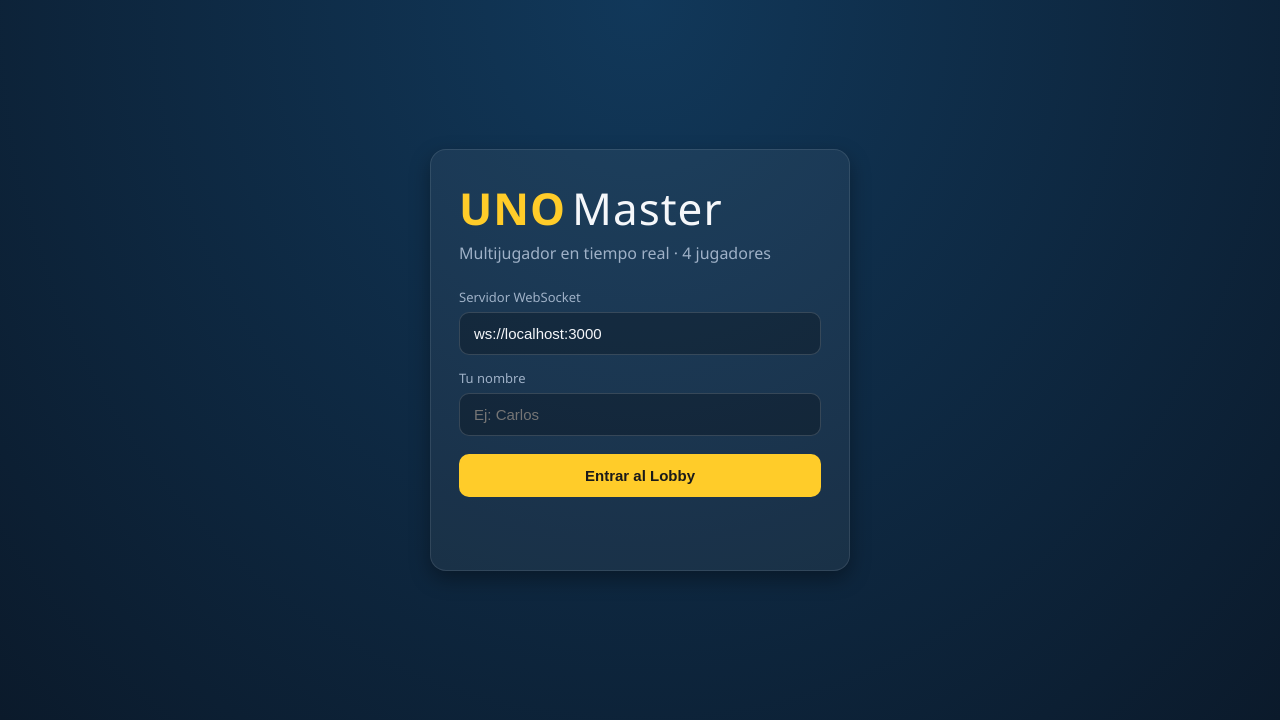
Repository: apaguilar25/Juego-UNO-cliente
Page: index.html
An editor plug-in stored every save of this project. The page is shown before and after the next save, followed by the edit.
The browser window is 1280 px wide. The pictures show the whole page.

Above is the page before, as saved 2026-06-22 11:58:25.

### index.html
<!doctype html>
<html lang="es">
<head>
    <meta charset="utf-8" />
    <meta name="viewport" content="width=device-width, initial-scale=1" />
    <title>UNO Master — Multijugador en tiempo real</title>
    <link rel="stylesheet" href="./styles.css" />
    </head>
    <body>
    <!-- ====== LOBBY ====== -->
    <section id="lobby" class="screen">
        <div class="lobby-card">
        <h1 class="logo">UNO<span>Master</span></h1>
        <p class="tag">Multijugador en tiempo real · 4 jugadores</p>

        <label for="serverUrl">Servidor WebSocket</label>
        <input id="serverUrl" type="text" placeholder="ws://localhost:3000" />

        <label for="nickname">Tu nombre</label>
        <input id="nickname" type="text" maxlength="16" placeholder="Ej: Carlos" />

        <button id="btnJoin" class="btn-primary">Entrar al Lobby</button>

        <div id="lobbyStatus" class="lobby-status hidden">
            <p>Esperando jugadores…</p>
            <ul id="lobbyList"></ul>
            <p class="hint">El juego inicia automáticamente al llegar a 4 jugadores.</p>
        </div>

        <p id="connStatus" class="conn-status"></p>
        </div>
    </section>

    <!-- ====== GAME ====== -->
    <section id="game" class="screen hidden">
        <header class="topbar">
        <div class="topbar-left">
            <span class="brand">UNO<span>Master</span></span>
        </div>
        <div class="topbar-center">
            <span id="turnInfo" class="turn-info">—</span>
            <span id="directionInfo" class="dir-info">➡️</span>
        </div>
        <div class="topbar-right">
            <span id="meName" class="me-name"></span>
        </div>
        </header>

        <main class="board">
        <div class="opponents" id="opponents"></div>

        <div class="table">
            <div class="pile draw-pile" id="drawPile" title="Robar carta">
            <img src="./assets/card_back.png" alt="Mazo" />
            <span class="pile-label">Robar</span>
            </div>
            <div class="pile discard-pile" id="discardPile">
            <span class="pile-label">Descarte</span>
            </div>
        </div>

        <div id="log" class="log"></div>

        <div class="bottom">
            <div class="uno-buttons hidden" id="unoButtons">
            <button id="btnUno" class="btn-uno">¡UNO!</button>
            <button id="btnCorte" class="btn-corte">¡CORTE!</button>
            </div>
            <div class="hand" id="hand"></div>
        </div>
        </main>
    </section>

    <!-- ====== COLOR PICKER ====== -->
    <div id="colorPicker" class="modal hidden">
        <div class="modal-card">
        <h2>Elige un color</h2>
        <div class="color-grid">
            <button class="color-btn" data-color="Rojo" style="background:#e63946"></button>
            <button class="color-btn" data-color="Amarillo" style="background:#f4c430"></button>
            <button class="color-btn" data-color="Verde" style="background:#2a9d4a"></button>
            <button class="color-btn" data-color="Azul" style="background:#1d6fb8"></button>
        </div>
        <button id="cancelColor" class="btn-ghost">Cancelar</button>
        </div>
    </div>

    <!-- ====== POPUP ====== -->
    <div id="popup" class="modal hidden">
        <div class="modal-card popup-card">
        <h2>¡Atención!</h2>
        <p id="popupMsg"></p>
        <button id="popupOk" class="btn-primary">Entendido</button>
        </div>
    </div>

    <!-- ====== GAME OVER ====== -->
    <div id="gameOver" class="modal hidden">
        <div class="modal-card">
        <h2>Fin del Juego</h2>
        <p id="gameOverMsg"></p>
        <button id="btnRestart" class="btn-primary">Volver al lobby</button>
        </div>
    </div>

    <script src="./app.js"></script>
</body>
</html>

### styles.css
:root {
    --bg-1: #0b1a2b;
    --bg-2: #11385a;
    --felt: #0f5132;
    --felt-2: #0a3a23;
    --accent: #ffcc29;
    --red: #e63946;
    --yellow: #f4c430;
    --green: #2a9d4a;
    --blue: #1d6fb8;
    --text: #f5f7fa;
    --muted: #9fb1c7;
    --card-radius: 10px;
    --shadow: 0 8px 20px rgba(0, 0, 0, 0.35);
}

* { box-sizing: border-box; }
html, body {
    margin: 0;
    height: 100%;
    font-family: "Segoe UI", system-ui, -apple-system, sans-serif;
    color: var(--text);
    background: radial-gradient(ellipse at top, var(--bg-2), var(--bg-1));
}

.hidden { display: none !important; }
.screen { min-height: 100vh; display: flex; flex-direction: column; }

/* ===== Lobby ===== */
#lobby {
    align-items: center;
    justify-content: center;
    padding: 24px;
}
.lobby-card {
    width: 100%;
    max-width: 420px;
    background: rgba(255, 255, 255, 0.05);
    border: 1px solid rgba(255, 255, 255, 0.1);
    border-radius: 16px;
    padding: 28px;
    box-shadow: var(--shadow);
}
.logo {
    font-size: 44px;
    margin: 0 0 4px;
    font-weight: 900;
    color: var(--accent);
    letter-spacing: 1px;
}
.logo span { color: var(--text); font-weight: 300; margin-left: 6px; }
.tag { margin: 0 0 24px; color: var(--muted); }
.lobby-card label {
    display: block;
    margin: 14px 0 6px;
    font-size: 13px;
    color: var(--muted);
}
.lobby-card input {
    width: 100%;
    padding: 12px 14px;
    border-radius: 10px;
    border: 1px solid rgba(255, 255, 255, 0.15);
    background: rgba(0, 0, 0, 0.25);
    color: var(--text);
    font-size: 15px;
    outline: none;
}
.lobby-card input:focus { border-color: var(--accent); }
.btn-primary {
    margin-top: 18px;
    width: 100%;
    padding: 13px;
    background: var(--accent);
    color: #1a1a1a;
    border: none;
    border-radius: 10px;
    font-weight: 700;
    font-size: 15px;
    cursor: pointer;
    transition: transform 0.1s, filter 0.15s;
}
.btn-primary:hover { filter: brightness(1.05); }
.btn-primary:active { transform: scale(0.98); }
.btn-ghost {
    margin-top: 12px;
    background: transparent;
    color: var(--muted);
    border: 1px solid rgba(255, 255, 255, 0.15);
    padding: 10px 16px;
    border-radius: 10px;
    cursor: pointer;
}
.lobby-status {
    margin-top: 20px;
    padding-top: 16px;
    border-top: 1px solid rgba(255, 255, 255, 0.1);
}
.lobby-status ul { list-style: none; padding: 0; margin: 8px 0; }
.lobby-status li {
    padding: 8px 12px;
    background: rgba(255, 255, 255, 0.06);
    border-radius: 8px;
    margin-bottom: 6px;
    font-weight: 600;
}
.hint { color: var(--muted); font-size: 13px; }
.conn-status { margin-top: 14px; font-size: 13px; color: var(--muted); min-height: 18px; }
.conn-status.error { color: #ff7676; }
.conn-status.ok { color: #6be08a; }

/* ===== Game ===== */
#game { background: linear-gradient(180deg, var(--felt-2), var(--felt)); }
.topbar {
    display: flex;
    align-items: center;
    justify-content: space-between;
    padding: 12px 22px;
    background: rgba(0, 0, 0, 0.35);
    border-bottom: 1px solid rgba(255, 255, 255, 0.08);
}
.brand { font-weight: 900; color: var(--accent); font-size: 20px; }
.brand span { color: var(--text); font-weight: 300; margin-left: 4px; }
.turn-info { font-weight: 600; font-size: 15px; }
.dir-info { margin-left: 10px; font-size: 18px; }
.me-name { color: var(--muted); font-size: 14px; }

.board {
    flex: 1;
    display: grid;
    grid-template-rows: auto 1fr auto auto;
    gap: 14px;
    padding: 16px 22px 22px;
}

/* Opponents */
.opponents {
    display: flex;
    justify-content: space-around;
    align-items: flex-start;
    gap: 16px;
    flex-wrap: wrap;
}
.opponent {
    background: rgba(0, 0, 0, 0.25);
    border-radius: 12px;
    padding: 10px 14px;
    min-width: 150px;
    text-align: center;
    border: 2px solid transparent;
    transition: border-color 0.2s, transform 0.2s;
}
.opponent.active {
    border-color: var(--accent);
    transform: translateY(-3px);
    box-shadow: 0 6px 14px rgba(255, 204, 41, 0.25);
}
.opponent-name { font-weight: 700; margin-bottom: 6px; }
.opponent-cards { display: flex; justify-content: center; gap: -8px; }
.mini-card {
    width: 28px; height: 42px;
    background: url('./assets/card_back_alt.png') center/cover;
    border-radius: 4px;
    border: 1px solid rgba(0,0,0,0.4);
    margin-left: -10px;
    box-shadow: 0 2px 4px rgba(0,0,0,0.3);
}
.mini-card:first-child { margin-left: 0; }
.opponent-count { font-size: 12px; color: var(--muted); margin-top: 6px; }
.opponent.one-card .opponent-count { color: var(--accent); font-weight: 700; }

/* Table */
.table {
    display: flex;
    justify-content: center;
    align-items: center;
    gap: 40px;
}
.pile {
    position: relative;
    width: 110px;
    height: 160px;
    border-radius: var(--card-radius);
    background: rgba(0, 0, 0, 0.25);
    display: flex;
    align-items: center;
    justify-content: center;
    box-shadow: var(--shadow);
    cursor: default;
}
.draw-pile { cursor: pointer; transition: transform 0.1s; }
.draw-pile:hover { transform: translateY(-3px); }
.pile img { width: 100%; height: 100%; object-fit: contain; border-radius: var(--card-radius); }
.pile-label {
    position: absolute;
    bottom: -22px;
    font-size: 12px;
    color: var(--muted);
}

/* Log */
.log {
    background: rgba(0, 0, 0, 0.3);
    padding: 8px 14px;
    border-radius: 8px;
    font-size: 13px;
    color: #d8e4f0;
    min-height: 32px;
    text-align: center;
}

/* Bottom */
.bottom { display: flex; flex-direction: column; align-items: center; gap: 10px; }
.uno-buttons { display: flex; gap: 12px; }
.btn-uno, .btn-corte {
    padding: 10px 22px;
    border: none;
    border-radius: 999px;
    font-weight: 800;
    font-size: 14px;
    cursor: pointer;
    letter-spacing: 1px;
    box-shadow: var(--shadow);
}
.btn-uno { background: var(--accent); color: #1a1a1a; }
.btn-corte { background: var(--red); color: white; }
.btn-uno:hover, .btn-corte:hover { filter: brightness(1.1); }

/* Hand */
.hand {
    display: flex;
    justify-content: center;
    align-items: flex-end;
    gap: 4px;
    flex-wrap: wrap;
    min-height: 160px;
    padding: 6px;
}
.card {
    width: 90px;
    height: 134px;
    border-radius: var(--card-radius);
    background: white;
    box-shadow: var(--shadow);
    cursor: not-allowed;
    transition: transform 0.15s;
    position: relative;
    overflow: hidden;
    margin-left: -14px;
}
.card:first-child { margin-left: 0; }
.card img { width: 100%; height: 100%; object-fit: cover; display: block; }
.card.playable { cursor: pointer; }
.card.playable:hover { transform: translateY(-14px); }
.card.disabled { opacity: 0.55; filter: grayscale(0.4); }

/* Modals */
.modal {
    position: fixed; inset: 0;
    background: rgba(0, 0, 0, 0.7);
    display: flex;
    align-items: center;
    justify-content: center;
    z-index: 50;
    padding: 20px;
}
.modal-card {
    background: #16263d;
    border: 1px solid rgba(255,255,255,0.1);
    padding: 26px;
    border-radius: 14px;
    max-width: 360px;
    width: 100%;
    text-align: center;
    box-shadow: var(--shadow);
}
.popup-card { border-top: 4px solid var(--accent); }
.modal-card h2 { margin: 0 0 10px; }
.modal-card p { color: var(--muted); }
.color-grid {
    display: grid;
    grid-template-columns: 1fr 1fr;
    gap: 12px;
    margin: 18px 0;
}
.color-btn {
    height: 80px;
    border: none;
    border-radius: 10px;
    cursor: pointer;
    box-shadow: var(--shadow);
    transition: transform 0.1s;
}
.color-btn:hover { transform: scale(1.04); }

@media (max-width: 640px) {
    .card { width: 64px; height: 96px; margin-left: -22px; }
    .pile { width: 84px; height: 124px; }
    .opponent { min-width: 110px; }
    .table { gap: 18px; }
}

### app.js
// ============================================================
// UNO Master — Cliente Vanilla JS
// Se comunica con el backend Node/WS vía mensajes JSON
// { type: "...", data: ... }
// ============================================================

(() => {
    // ---------- DOM ----------
    const $ = (id) => document.getElementById(id);
    const lobby = $("lobby");
    const game = $("game");
    const serverInput = $("serverUrl");
    const nickInput = $("nickname");
    const btnJoin = $("btnJoin");
    const lobbyStatus = $("lobbyStatus");
    const lobbyList = $("lobbyList");
    const connStatus = $("connStatus");
    const turnInfo = $("turnInfo");
    const directionInfo = $("directionInfo");
    const meNameEl = $("meName");
    const opponentsEl = $("opponents");
    const discardPile = $("discardPile");
    const drawPile = $("drawPile");
    const logEl = $("log");
    const handEl = $("hand");
    const unoButtons = $("unoButtons");
    const btnUno = $("btnUno");
    const btnCorte = $("btnCorte");
    const colorPicker = $("colorPicker");
    const cancelColor = $("cancelColor");
    const popup = $("popup");
    const popupMsg = $("popupMsg");
    const popupOk = $("popupOk");
    const gameOver = $("gameOver");
    const gameOverMsg = $("gameOverMsg");
    const btnRestart = $("btnRestart");

    // ---------- Estado ----------
    let ws = null;
    let myName = "";
    let lastState = null;
    let waitingForColor = null; // index de carta comodín en espera
    let waitingRoomNames = [];

    // ---------- Server URL ----------
    const params = new URLSearchParams(location.search);
    const defaultServer =
        params.get("server") ||
        localStorage.getItem("uno_server") ||
        (location.protocol === "https:"
        ? `wss://${location.host}`
        : `ws://${location.hostname || "localhost"}:3000`);
    serverInput.value = defaultServer;

    // ---------- Helpers de assets ----------
    const COLOR_MAP = { Rojo: "Red", Amarillo: "Yellow", Verde: "Green", Azul: "Blue" };
    const VALUE_MAP = {
        "0": "Zero", "1": "One", "2": "Two", "3": "Three", "4": "Four",
        "5": "Five", "6": "Six", "7": "Seven", "8": "Eight", "9": "Nine",
        "Bloqueo": "SkipTurn",
        "CambioSentido": "Reverse",
        "+2": "DrawTwo",
    };

    function cardImage(card) {
        // Comodines: Wild_ChangeColor / Wild_DrawFour
        if (card.value === "CambiaColor") return "./assets/Wild_ChangeColor.png";
        if (card.value === "+4") return "./assets/Wild_DrawFour.png";
        const c = COLOR_MAP[card.color];
        const v = VALUE_MAP[card.value];
        if (!c || !v) return "./assets/card_back.png";
        return `./assets/${c}_${v}.png`;
    }

    function isWild(card) {
        return card.value === "CambiaColor" || card.value === "+4";
    }

    // ---------- WebSocket ----------
    function connect(url) {
        setConn("Conectando…", "");
        try {
        ws = new WebSocket(url);
        } catch (e) {
        setConn("URL inválida.", "error");
        return;
        }
        ws.onopen = () => {
        setConn("Conectado.", "ok");
        send("joinGame", myName);
        };
        ws.onclose = () => {
        setConn("Desconectado del servidor.", "error");
        btnJoin.disabled = false;
        };
        ws.onerror = () => {
        setConn("Error de conexión. Revisa la URL del servidor.", "error");
        };
        ws.onmessage = (ev) => {
        let msg;
        try { msg = JSON.parse(ev.data); } catch { return; }
        handleServer(msg.type, msg.data);
        };
    }

    function send(type, data) {
        if (!ws || ws.readyState !== WebSocket.OPEN) return;
        ws.send(JSON.stringify({ type, data }));
    }

    function setConn(text, cls) {
        connStatus.textContent = text;
        connStatus.className = "conn-status " + (cls || "");
    }

    // ---------- Server -> Cliente ----------
    function handleServer(type, data) {
        switch (type) {
        case "waitingRoom":
            waitingRoomNames = data;
            renderLobby();
            break;
        case "gameState":
            lastState = data;
            if (lobby.classList.contains("hidden") === false) {
            lobby.classList.add("hidden");
            game.classList.remove("hidden");
            }
            renderGame(data);
            break;
        case "showPopup":
            showPopup(data);
            break;
        case "errorMsg":
            // Notificación no bloqueante
            flashLog("⚠️ " + data);
            break;
        case "gameOver":
            showGameOver(data);
            break;
        }
    }

    // ---------- Lobby ----------
    function renderLobby() {
        lobbyStatus.classList.remove("hidden");
        lobbyList.innerHTML = "";
        for (const n of waitingRoomNames) {
        const li = document.createElement("li");
        li.textContent = n + (n === myName ? "  (tú)" : "");
        lobbyList.appendChild(li);
        }
    }

    btnJoin.addEventListener("click", () => {
        const name = nickInput.value.trim();
        const url = serverInput.value.trim();
        if (!name) { setConn("Escribe tu nombre.", "error"); return; }
        if (!url) { setConn("Escribe la URL del servidor.", "error"); return; }
        myName = name;
        localStorage.setItem("uno_server", url);
        btnJoin.disabled = true;
        connect(url);
    });

    nickInput.addEventListener("keydown", (e) => {
        if (e.key === "Enter") btnJoin.click();
    });

    // ---------- Game render ----------
    function renderGame(s) {
        meNameEl.textContent = "👤 " + myName;
        turnInfo.textContent = s.isMyTurn
        ? "Es tu turno"
        : `Turno de ${s.currentTurnName}`;
        directionInfo.textContent = s.direction.includes("Derecha") ? "➡️" : "⬅️";

        // Log
        if (s.log) logEl.textContent = s.log;

        // Discard pile (top card)
        discardPile.innerHTML = "";
        if (s.topCard) {
        const img = document.createElement("img");
        img.src = cardImage(s.topCard);
        img.alt = `${s.topCard.color} ${s.topCard.value}`;
        discardPile.appendChild(img);
        }
        const label = document.createElement("span");
        label.className = "pile-label";
        label.textContent = "Descarte";
        discardPile.appendChild(label);

        // Hand
        handEl.innerHTML = "";
        s.hand.forEach((card, i) => {
        const el = document.createElement("div");
        el.className = "card";
        const playable = s.isMyTurn && cardMatches(card, s.topCard);
        if (playable) el.classList.add("playable");
        else if (s.isMyTurn) el.classList.add("disabled");
        const img = document.createElement("img");
        img.src = cardImage(card);
        img.alt = `${card.color} ${card.value}`;
        el.appendChild(img);
        el.addEventListener("click", () => attemptPlay(i, card, playable));
        handEl.appendChild(el);
        });

        // Opponents – calculamos quiénes son y cuántas cartas tienen (basado en el nombre del turno actual + rotación)
        renderOpponents(s);

        // Botonera UNO/CORTE
        if (s.mostrarBotoneraUno) {
        unoButtons.classList.remove("hidden");
        // Si tengo 1 carta y no he cantado: mostrar UNO. Si no, mostrar CORTE.
        const tengoUna = s.hand.length === 1;
        btnUno.style.display = tengoUna && !s.dijoUno ? "" : "none";
        btnCorte.style.display = !tengoUna ? "" : "none";
        } else {
        unoButtons.classList.add("hidden");
        }

        // Draw pile clickeable solo en mi turno
        drawPile.style.opacity = s.isMyTurn ? "1" : "0.6";
        drawPile.style.cursor = s.isMyTurn ? "pointer" : "default";
    }

    function cardMatches(card, top) {
        if (!top) return true;
        if (isWild(card)) return true;
        return card.color === top.color || card.value === top.value;
    }

    function renderOpponents(s) {
        // El servidor no nos manda la lista de jugadores en gameState; reconstruimos desde waitingRoomNames
        opponentsEl.innerHTML = "";
        if (!waitingRoomNames || waitingRoomNames.length === 0) return;
        const meIdx = waitingRoomNames.indexOf(myName);
        if (meIdx === -1) return;
        const ordered = [];
        for (let i = 1; i < waitingRoomNames.length; i++) {
        ordered.push(waitingRoomNames[(meIdx + i) % waitingRoomNames.length]);
        }
        for (const name of ordered) {
        const wrap = document.createElement("div");
        wrap.className = "opponent";
        if (name === s.currentTurnName) wrap.classList.add("active");
        const n = document.createElement("div");
        n.className = "opponent-name";
        n.textContent = name;
        wrap.appendChild(n);
        // No conocemos el tamaño exacto de la mano oponente: mostramos un fan visual estático
        const fan = document.createElement("div");
        fan.className = "opponent-cards";
        for (let i = 0; i < 5; i++) {
            const m = document.createElement("div");
            m.className = "mini-card";
            fan.appendChild(m);
        }
        wrap.appendChild(fan);
        opponentsEl.appendChild(wrap);
        }
    }

    function flashLog(text) {
        logEl.textContent = text;
    }

    // ---------- Acciones ----------
    function attemptPlay(index, card, playable) {
        if (!playable) return;
        if (isWild(card)) {
        waitingForColor = index;
        colorPicker.classList.remove("hidden");
        return;
        }
        send("playCard", { index, chosenColor: null });
    }

    drawPile.addEventListener("click", () => {
        if (!lastState || !lastState.isMyTurn) return;
        send("drawCard");
    });

    btnUno.addEventListener("click", () => send("cantarUno"));
    btnCorte.addEventListener("click", () => send("cantarCorte"));

    // Color picker
    colorPicker.querySelectorAll(".color-btn").forEach((b) => {
        b.addEventListener("click", () => {
        if (waitingForColor === null) return;
        const color = b.dataset.color;
        send("playCard", { index: waitingForColor, chosenColor: color });
        waitingForColor = null;
        colorPicker.classList.add("hidden");
        });
    });
    cancelColor.addEventListener("click", () => {
        waitingForColor = null;
        colorPicker.classList.add("hidden");
    });

    // Popup
    function showPopup(text) {
        popupMsg.textContent = text;
        popup.classList.remove("hidden");
    }
    popupOk.addEventListener("click", () => {
        popup.classList.add("hidden");
        send("resolvePopup");
    });

    // Game over
    function showGameOver(msg) {
        gameOverMsg.textContent = msg;
        gameOver.classList.remove("hidden");
    }
    btnRestart.addEventListener("click", () => {
        location.reload();
    });
})();

After the next save:
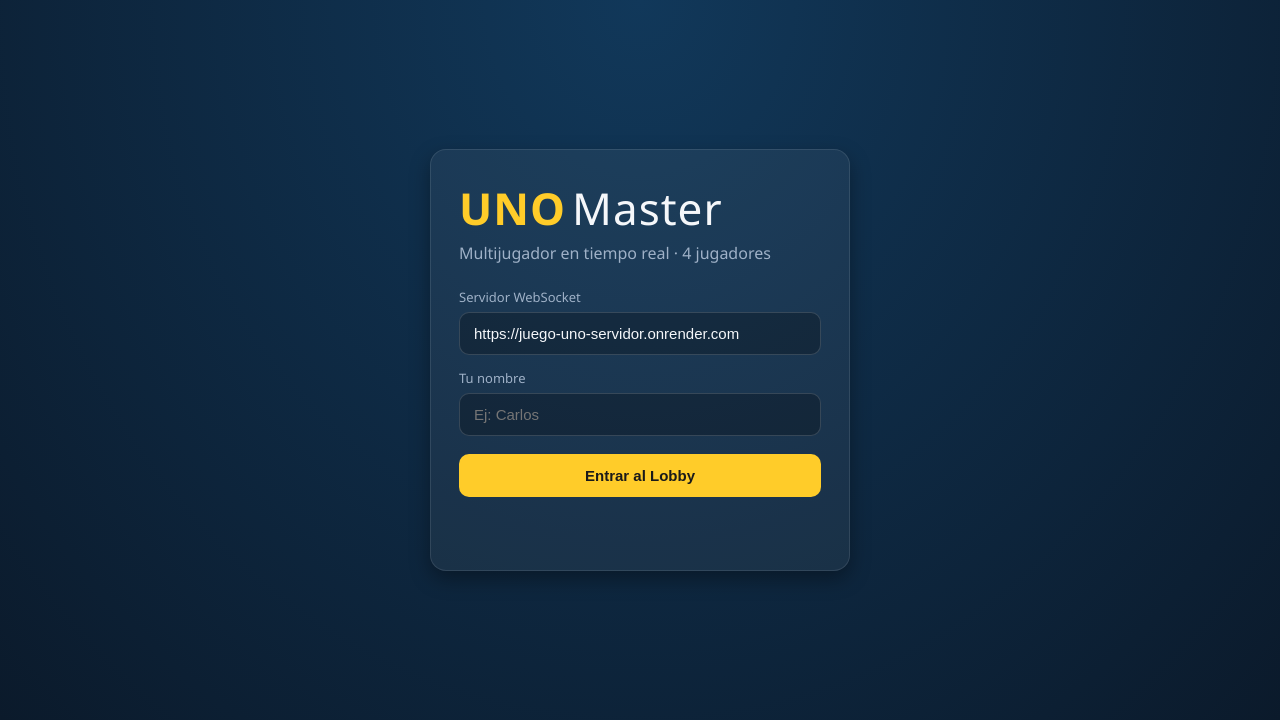
Saved 107 s later.
--- a/app.js
+++ b/app.js
@@ -44,13 +44,7 @@
 
     // ---------- Server URL ----------
     const params = new URLSearchParams(location.search);
-    const defaultServer =
-        params.get("server") ||
-        localStorage.getItem("uno_server") ||
-        (location.protocol === "https:"
-        ? `wss://${location.host}`
-        : `ws://${location.hostname || "localhost"}:3000`);
-    serverInput.value = defaultServer;
+    serverInput.value = "https://juego-uno-servidor.onrender.com";
 
     // ---------- Helpers de assets ----------
     const COLOR_MAP = { Rojo: "Red", Amarillo: "Yellow", Verde: "Green", Azul: "Blue" };
